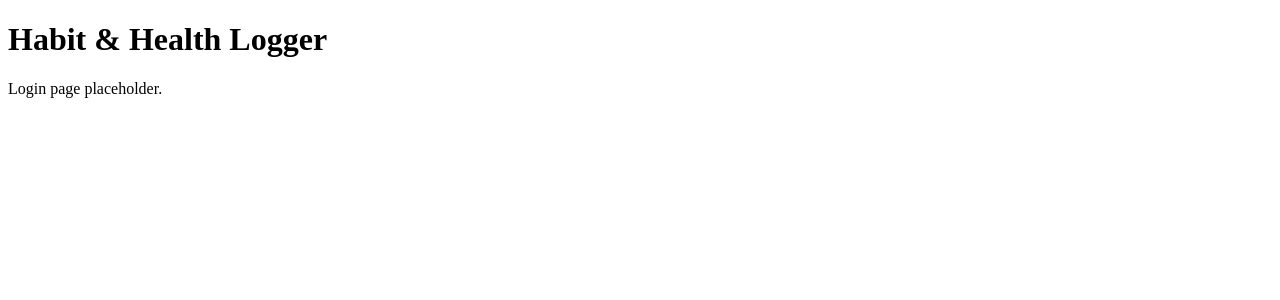
Repository: rawanwehbe6/habit-health-logger
Page: HHL-client/index.html
These files come from the project's save history. The page is drawn as it stood at one moment and after the next save; the edit follows.
The browser window is 1280 px wide. The pictures show the whole page.

Above is the page before, as saved 2025-11-16 00:17:02.

After the next save:
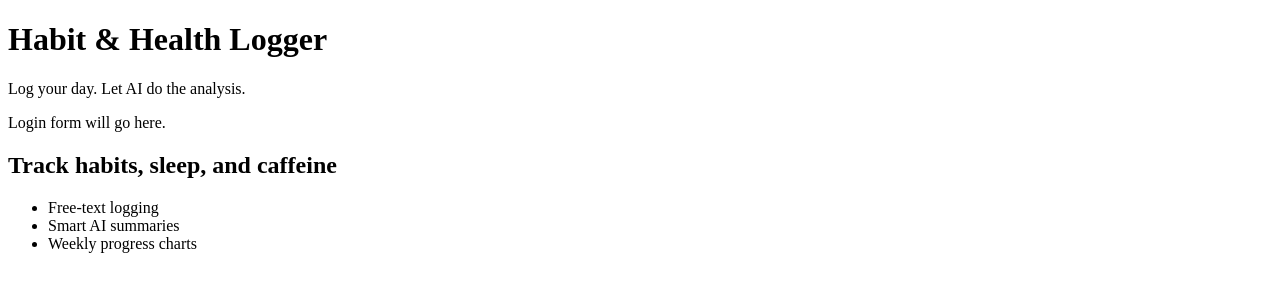
Saved 13 min 43 s later.
--- a/HHL-client/index.html
+++ b/HHL-client/index.html
@@ -5,8 +5,26 @@
   <title>Habit &amp; Health Logger – Login</title>
   <meta name="viewport" content="width=device-width, initial-scale=1.0" />
 </head>
-<body>
-  <h1>Habit &amp; Health Logger</h1>
-  <p>Login page placeholder.</p>
+<body class="auth-body">
+  <div class="auth-layout">
+    <!-- Left: login card -->
+    <main class="auth-card">
+      <h1 class="app-title">Habit &amp; Health Logger</h1>
+      <p class="app-subtitle">Log your day. Let AI do the analysis.</p>
+
+      <!-- We’ll add the actual form in the next step -->
+      <p>Login form will go here.</p>
+    </main>
+
+    <!-- Right: side content -->
+    <aside class="auth-side">
+      <h2>Track habits, sleep, and caffeine</h2>
+      <ul>
+        <li>Free-text logging</li>
+        <li>Smart AI summaries</li>
+        <li>Weekly progress charts</li>
+      </ul>
+    </aside>
+  </div>
 </body>
 </html>
